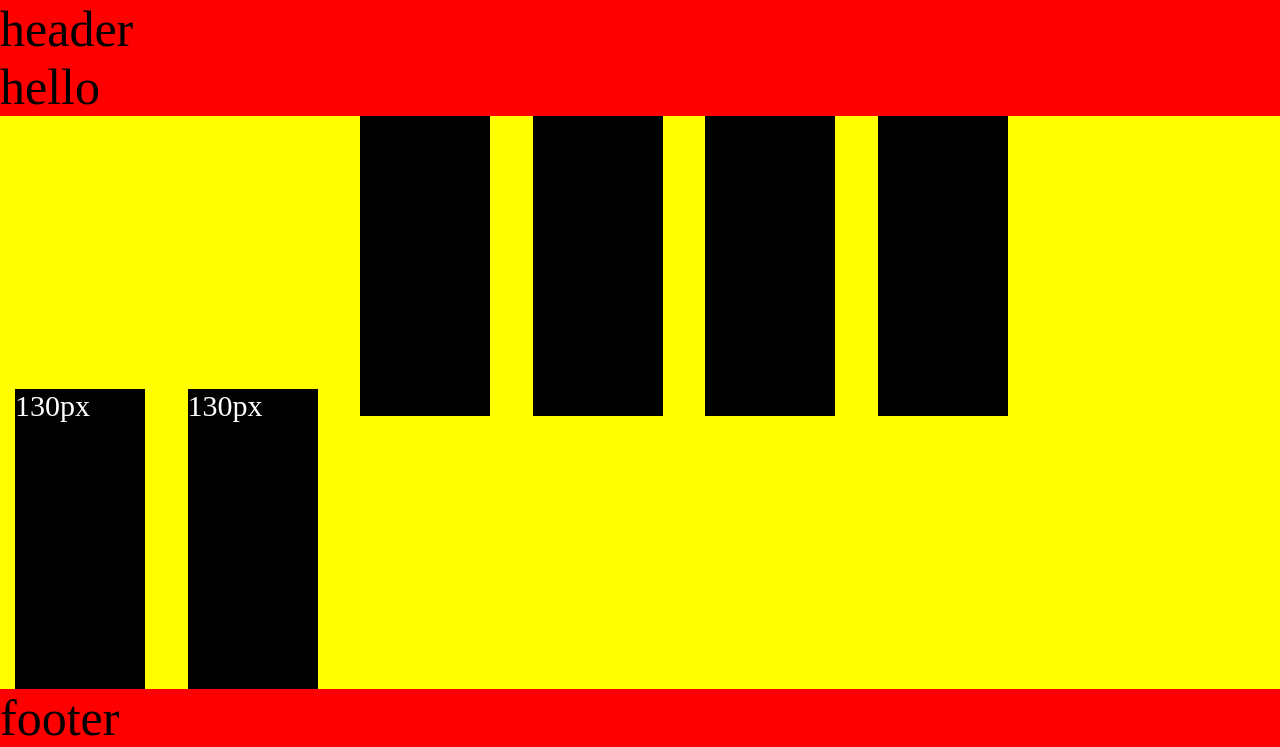
Repository: huanz488/huanz488-github.io
Page: project1/practice.html
The author's editor kept a record of every edit. The page is drawn from the files as they stood at one moment, then again after the next edit.
The browser window is 1280 px wide. The pictures show the whole page.

Above is the page before.

### project1/practice.html
<html>
    <head>
        <link href="practice.css" rel="stylesheet" type="text/css">
    </head>

    <body>
        <div class="header">
        <div class="wrapper">
                header
            </div>
            hello
        </div>
        <div class="content">
            <div class="column">130px</div>
            <div class="column">130px</div>
            <div class="column"></div>
            <div class="column"></div>
            <div class="column"></div>
            <div class="column"></div>
        </div>

        <div class="footer">
            footer
        </div>
    </body>

</html>

### project1/practice.css
body {
    background:#ff0;
    font-size: 50px;
    margin:0;
}

.warpper{
    width:960px;
    margin:0 auto 0 auto;
}


.column{
    background:#000000;
    height:300px;
    width:130px;
    display:inline-block;
    margin:0 15px 0 15px;
    font-size: 30px;
    color:#ffffff;

}

.column2{
    background:#000000;
    height:300px;
    width:290px;
    display:inline-block;
    margin:0 15px 0 15px;
    font-size: 30px;
    color:#ffffff;

}








.header{
    background:#f00;
    font-size: 50px;
}

.footer{
    background:#f00;
    font-size: 50px;
}

After the next edit:
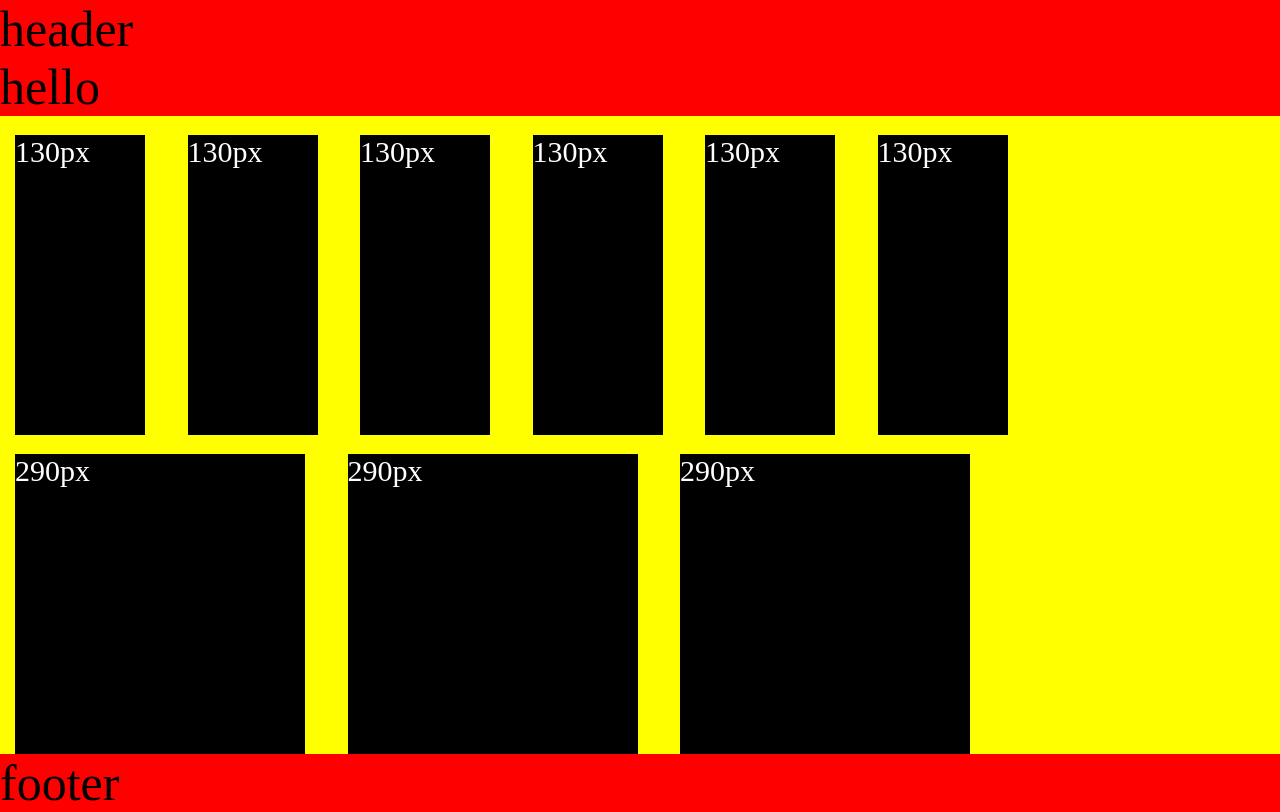
The edit:
--- a/project1/practice.html
+++ b/project1/practice.html
@@ -13,10 +13,14 @@
         <div class="content">
             <div class="column">130px</div>
             <div class="column">130px</div>
-            <div class="column"></div>
-            <div class="column"></div>
-            <div class="column"></div>
-            <div class="column"></div>
+            <div class="column">130px</div>
+            <div class="column">130px</div>
+            <div class="column">130px</div>
+            <div class="column">130px</div>
+
+            <div class="column2">290px</div>
+            <div class="column2">290px</div>
+            <div class="column2">290px</div>
         </div>
 
         <div class="footer">
